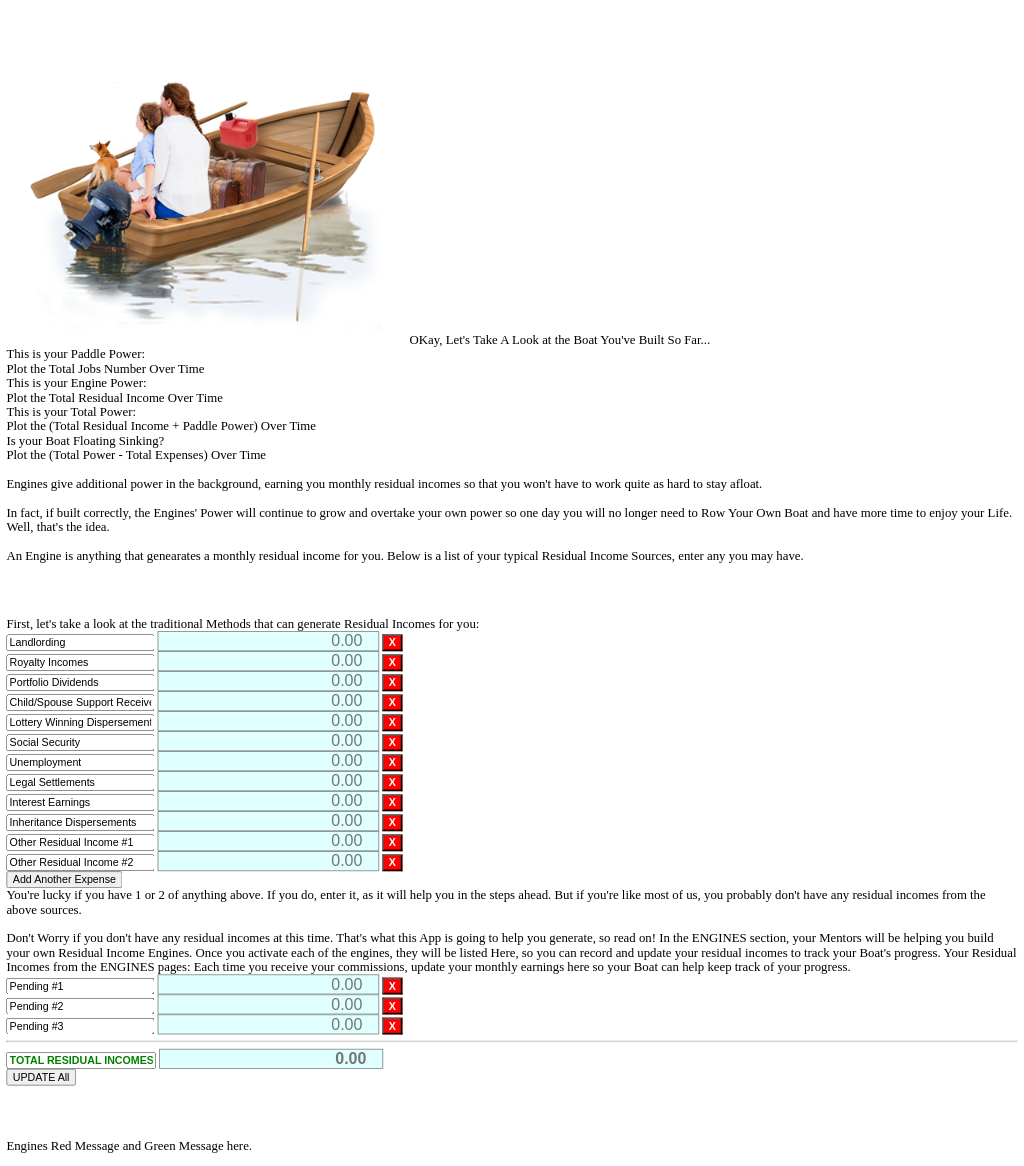
Repository: DevZubair/Danh-App
Page: www/templates/boat-charts.html
The author's editor kept a record of every edit. The page is drawn from the files as they stood at one moment, then again after the next edit.
The browser window is 1280 px wide. The pictures show the whole page, at 80% of full size.

Above is the page before.

### www/templates/boat-charts.html
<!--<ion-view view-title="Boat Weight">
  <ion-content>-->


    <div class="card">

      <div class="item item-divider item-royal">
        <h2 style="color:white">Your Boat Charts</h2>
      </div>

      <div class="item item-text-wrap">
       <div class="row">
        <div class="col">
          <img src="img/BoatFinal.png" class="images-right-50"></img>
          <span class="subtitle">OKay, Let's Take A Look at the Boat You've Built So Far...</span>
        </div>
      </div>

      <div class="row">
        <div class="col">

           <span class="subtitle">This is your Paddle Power:</span><br>Plot the Total Jobs Number Over Time
        </div>
      </div>

      <div class="row">
        <div class="col">

           <span class="subtitle">This is your Engine Power:</span><br>Plot the Total Residual Income Over Time

        </div>
      </div>

      <div class="row">
        <div class="col">

           <span class="subtitle">This is your Total Power:</span><br>Plot the (Total Residual Income + Paddle Power) Over Time

        </div>
      </div>

      <div class="row">
        <div class="col">

           <span class="subtitle">Is your Boat Floating Sinking?</span><br>Plot the (Total Power - Total Expenses)  Over Time<br><br>



           Engines give additional power in the background, earning you monthly residual incomes so that you won't have to work quite as hard to stay afloat.<br><br>

           In fact, if built correctly, the Engines' Power will continue to grow and overtake your own power so one day you will no longer need to Row Your Own Boat and have more time to enjoy your Life.  Well, that's the idea.<br><br>

           An Engine is anything that genearates a monthly residual income for you.  Below is a list of your typical Residual Income Sources, enter any you may have.
        </div>
      </div>


      </div>

      <div class="item item-divider item-royal">
        <h2 style="color:white">Engines Estimator</h2>
      </div>

      <div class="item item-text-wrap">

        <span class="subtitle">First, let's take a look at the traditional Methods that can generate Residual Incomes for you: </span>

        <div class="list">

          <div class="row">
            <input class="col col-50 input-label" value="Landlording">
            <input class="col col-30" style="font-size: 20px; background-color:lightcyan; padding:0 5px; text-align:right; border:1px solid gray"  placeholder="0.00" type="number">
            <button class="col col-10" style="color:white; font-weight:bold; background-color:red">X</button>
          </div>

          <div class="row">
            <input class="col col-50 input-label" value="Royalty Incomes">
            <input class="col col-30" style="font-size: 20px; background-color:lightcyan; padding:0 5px; text-align:right; border:1px solid gray"  placeholder="0.00" type="number">
            <button class="col col-10" style="color:white; font-weight:bold; background-color:red">X</button>
          </div>

          <div class="row">
            <input class="col col-50 input-label" value="Portfolio Dividends">
            <input class="col col-30" style="font-size: 20px; background-color:lightcyan; padding:0 5px; text-align:right; border:1px solid gray"  placeholder="0.00" type="number">
            <button class="col col-10" style="color:white; font-weight:bold; background-color:red">X</button>
          </div>

          <div class="row">
            <input class="col col-50 input-label" value="Child/Spouse Support Received">
            <input class="col col-30" style="font-size: 20px; background-color:lightcyan; padding:0 5px; text-align:right; border:1px solid gray"  placeholder="0.00" type="number">
            <button class="col col-10" style="color:white; font-weight:bold; background-color:red">X</button>
          </div>

          <div class="row">
            <input class="col col-50 input-label" value="Lottery Winning Dispersements">
            <input class="col col-30" style="font-size: 20px; background-color:lightcyan; padding:0 5px; text-align:right; border:1px solid gray"  placeholder="0.00" type="number">
            <button class="col col-10" style="color:white; font-weight:bold; background-color:red">X</button>
          </div>

          <div class="row">
            <input class="col col-50 input-label" value="Social Security">
            <input class="col col-30" style="font-size: 20px; background-color:lightcyan; padding:0 5px; text-align:right; border:1px solid gray"  placeholder="0.00" type="number">
            <button class="col col-10" style="color:white; font-weight:bold; background-color:red">X</button>
          </div>

          <div class="row">
            <input class="col col-50 input-label" value="Unemployment">
            <input class="col col-30" style="font-size: 20px; background-color:lightcyan; padding:0 5px; text-align:right; border:1px solid gray"  placeholder="0.00" type="number">
            <button class="col col-10" style="color:white; font-weight:bold; background-color:red">X</button>
          </div>

          <div class="row">
            <input class="col col-50 input-label" value="Legal Settlements">
            <input class="col col-30" style="font-size: 20px; background-color:lightcyan; padding:0 5px; text-align:right; border:1px solid gray"  placeholder="0.00" type="number">
            <button class="col col-10" style="color:white; font-weight:bold; background-color:red">X</button>
          </div>

          <div class="row">
            <input class="col col-50 input-label" value="Interest Earnings">
            <input class="col col-30" style="font-size: 20px; background-color:lightcyan; padding:0 5px; text-align:right; border:1px solid gray"  placeholder="0.00" type="number">
            <button class="col col-10" style="color:white; font-weight:bold; background-color:red">X</button>
          </div>

          <div class="row">
            <input class="col col-50 input-label" value="Inheritance Dispersements">
            <input class="col col-30" style="font-size: 20px; background-color:lightcyan; padding:0 5px; text-align:right; border:1px solid gray"  placeholder="0.00" type="number">
            <button class="col col-10" style="color:white; font-weight:bold; background-color:red">X</button>
          </div>
        </div>

        <div class="row">
            <input class="col col-50 input-label" value="Other Residual Income #1">
            <input class="col col-30" style="font-size: 20px; background-color:lightcyan; padding:0 5px; text-align:right; border:1px solid gray"  placeholder="0.00" type="number">
            <button class="col col-10" style="color:white; font-weight:bold; background-color:red">X</button>
          </div>

          <div class="row">
            <input class="col col-50 input-label" value="Other Residual Income #2">
            <input class="col col-30" style="font-size: 20px; background-color:lightcyan; padding:0 5px; text-align:right; border:1px solid gray"  placeholder="0.00" type="number">
            <button class="col col-10" style="color:white; font-weight:bold; background-color:red">X</button>
          </div>
        </div>

<div class="row">
  <div class="col col-50">
    <button class="button button-block button-balanced" >Add Another Expense</button>
  </div>
</div>

          You're lucky if you have 1 or 2 of anything above.  If you do, enter it, as it will help you in the steps ahead.  But if you're like most of us, you probably don't have any residual incomes from the above sources.<br><br>

          Don't Worry if you don't have any residual incomes at this time.  That's what this App is going to help you generate, so read on! In the ENGINES section, your Mentors will be helping you build your own Residual Income Engines.  Once you activate each of the engines, they will be listed Here, so you can record and update your residual incomes to track your Boat's progress.

          <span class="subtitle">Your Residual Incomes from the ENGINES pages:</span> Each time you receive your commissions, update your monthly earnings here so your Boat can help keep track of your progress.



        <div class="list">
          <div class="row">
            <input class="col col-50 input-label" value="Pending #1">
            <input class="col col-30" style="font-size: 20px; background-color:lightcyan; padding:0 5px; text-align:right; border:1px solid gray"  placeholder="0.00" type="number">
            <button class="col col-10" style="color:white; font-weight:bold; background-color:red">X</button>
          </div>

          <div class="row">
            <input class="col col-50 input-label" value="Pending #2">
            <input class="col col-30" style="font-size: 20px; background-color:lightcyan; padding:0 5px; text-align:right; border:1px solid gray"  placeholder="0.00" type="number">
            <button class="col col-10" style="color:white; font-weight:bold; background-color:red">X</button>
          </div>

          <div class="row">
            <input class="col col-50 input-label" value="Pending #3">
            <input class="col col-30" style="font-size: 20px; background-color:lightcyan; padding:0 5px; text-align:right; border:1px solid gray"  placeholder="0.00" type="number">
            <button class="col col-10" style="color:white; font-weight:bold; background-color:red">X</button>
          </div>

        </div>


            <hr>

        <div class="list">
          <div class="row">
            <input class="col col-50 input-label" value="TOTAL RESIDUAL INCOMES" style="color:green;font-weight:bold">
            <input class="col col-30" style="font-weight:bold; font-size: 20px; background-color:lightcyan; padding:0 5px; text-align:right; border:1px solid gray"  placeholder="0.00" type="number">
            <div class="col col-10"></div>
          </div>
        </div

<div class="row">
  <div class="col col-50">
    <button class="button button-block button-balanced" >UPDATE All</button>
  </div>
</div>


      <div class="item item-divider item-royal">
        <h2 style="color:white">Your Engines Summary</h2>
      </div>

            <div class="item item-text-wrap">
        <p>
        Engines Red Message and Green Message here.</p>
      </div>

    </div>



  <!--<ion-content>
</ion-view>-->

After the next edit:
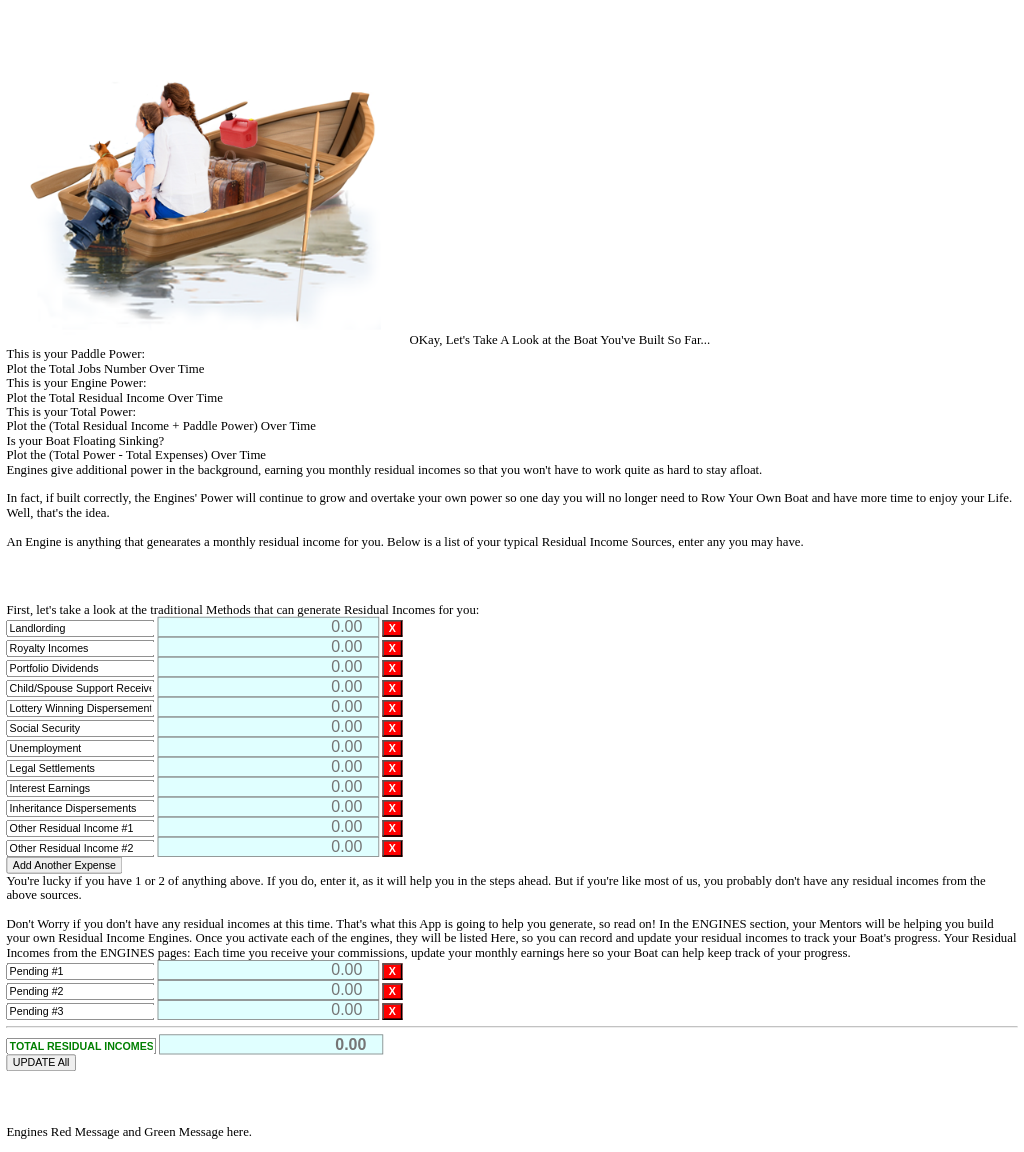
The edit:
--- a/www/templates/boat-charts.html
+++ b/www/templates/boat-charts.html
@@ -42,8 +42,9 @@
       <div class="row">
         <div class="col">
 
-           <span class="subtitle">Is your Boat Floating Sinking?</span><br>Plot the (Total Power - Total Expenses)  Over Time<br><br>
-
+           <span class="subtitle">Is your Boat Floating Sinking?</span><br>Plot the (Total Power - Total Expenses)  Over Time
+        </div>
+       </div>
 
 
            Engines give additional power in the background, earning you monthly residual incomes so that you won't have to work quite as hard to stay afloat.<br><br>
